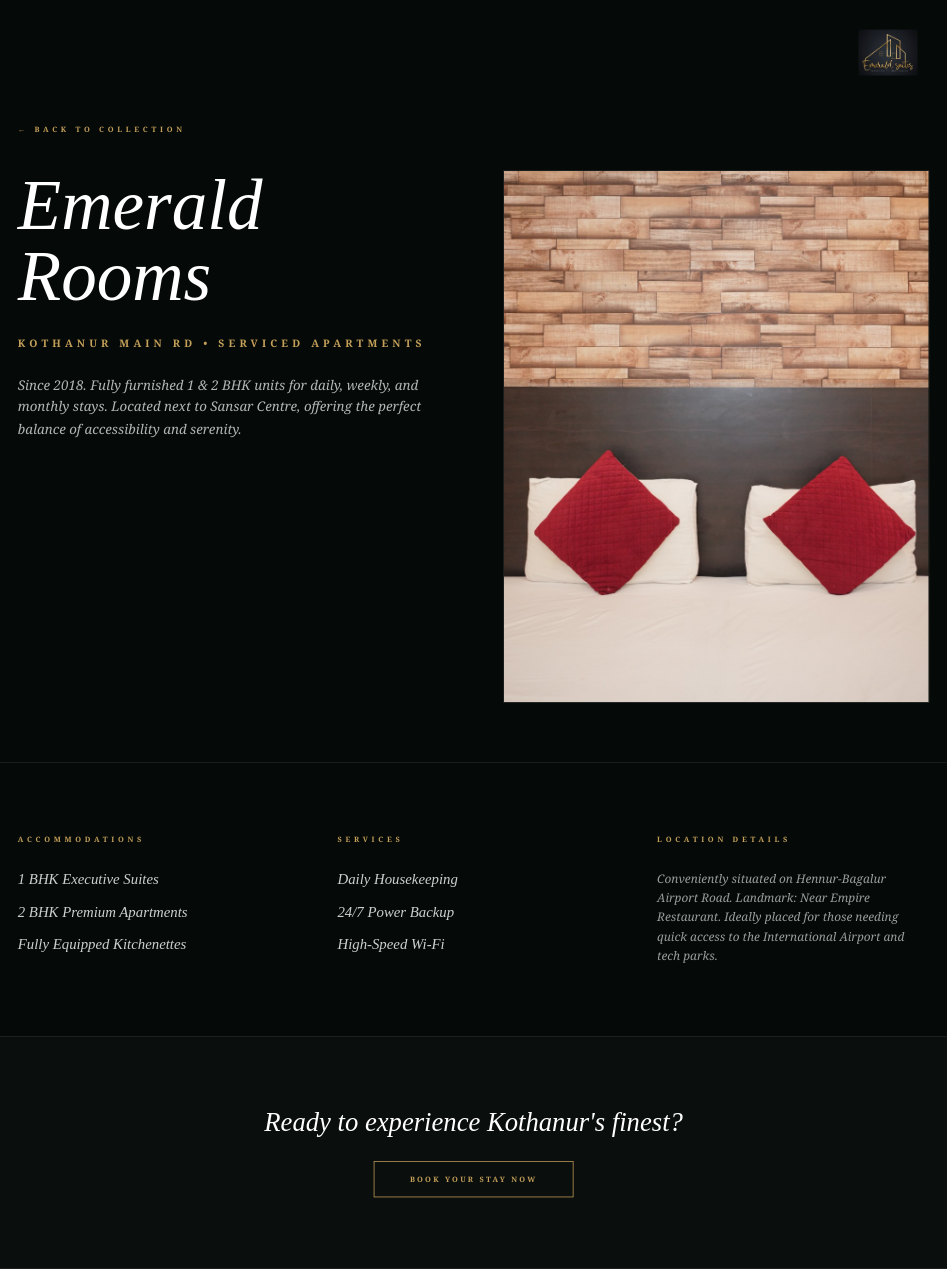
Repository: Jaden2909/emerald
Page: /rooms
An editor plug-in stored every save of this project. The page is shown before and after the next save, followed by the edit.
The browser window is 1280 px wide. The pictures show the whole page, at 74% of full size.
The project was rebuilt for these pictures with package versions that can differ from the ones it lists, and the page was loaded fresh each time. The framework's server and built-in components were replaced by stand-ins that run in the browser. Also part of the build but not shown: next.config.ts.

Above is the page before, as saved 2026-02-19 23:20:58.

### app/rooms/page.tsx
"use client";
import { motion } from "framer-motion";
import Link from "next/link";

export default function RoomsPage() {
  return (
    <main className="bg-[#050a08] min-h-screen text-white relative">
      <div className="absolute top-10 right-10 z-50">
        <Link href="/">
          <img src="/logo.png" alt="Emerald Logo" className="w-20 h-auto hover:opacity-80 transition-opacity" />
        </Link>
      </div>

      <section className="pt-40 pb-20 px-6">
        <div className="max-w-7xl mx-auto">
          <Link href="/#properties" className="text-[#c5a059] text-[10px] tracking-[0.5em] uppercase mb-12 inline-block hover:opacity-50 transition-all font-bold">
            ← Back to Collection
          </Link>
          <div className="grid md:grid-cols-2 gap-20 items-start">
            <motion.div initial={{ opacity: 0, x: -30 }} animate={{ opacity: 1, x: 0 }} transition={{ duration: 0.8 }}>
              <h1 className="text-6xl md:text-8xl font-serif italic mb-8">Emerald Rooms</h1>
              <p className="text-[#c5a059] text-sm tracking-[0.4em] uppercase mb-8 font-bold">Kothanur Main Rd • Serviced Apartments</p>
              <p className="text-white/70 text-lg leading-relaxed font-light italic mb-8">
                Since 2018. Fully furnished 1 & 2 BHK units for daily, weekly, and monthly stays. Located next to Sansar Centre, offering the perfect balance of accessibility and serenity.
              </p>
            </motion.div>
            <motion.div initial={{ opacity: 0, scale: 0.95 }} animate={{ opacity: 1, scale: 1 }} transition={{ duration: 0.8 }} className="aspect-[4/5] border border-white/10 overflow-hidden">
              <img src="/prop-suites.jpg" className="w-full h-full object-cover" alt="Emerald Rooms" />
            </motion.div>
          </div>
        </div>
      </section>

      <section className="py-24 border-t border-white/10 px-6">
        <div className="max-w-7xl mx-auto grid md:grid-cols-3 gap-16">
          <div>
            <h3 className="text-[#c5a059] text-[10px] tracking-[0.5em] uppercase mb-8 font-bold">Accommodations</h3>
            <ul className="space-y-4 text-white/80 font-serif italic text-xl">
              <li>1 BHK Executive Suites</li>
              <li>2 BHK Premium Apartments</li>
              <li>Fully Equipped Kitchenettes</li>
            </ul>
          </div>
          <div>
            <h3 className="text-[#c5a059] text-[10px] tracking-[0.5em] uppercase mb-8 font-bold">Services</h3>
            <ul className="space-y-4 text-white/80 font-serif italic text-xl">
              <li>Daily Housekeeping</li>
              <li>24/7 Power Backup</li>
              <li>High-Speed Wi-Fi</li>
            </ul>
          </div>
          <div>
            <h3 className="text-[#c5a059] text-[10px] tracking-[0.5em] uppercase mb-8 font-bold">Location Details</h3>
            <p className="text-white/60 leading-relaxed font-light italic">
              Conveniently situated on Hennur-Bagalur Airport Road. Landmark: Near Empire Restaurant. Ideally placed for those needing quick access to the International Airport and tech parks.
            </p>
          </div>
        </div>
      </section>

      <section className="py-24 bg-white/[0.02] border-y border-white/10 px-6 text-center">
        <h2 className="text-4xl font-serif italic mb-8 text-white">Ready to experience Kothanur's finest?</h2>
        <a href="tel:+917829591338" className="inline-block border border-[#c5a059] text-[#c5a059] px-12 py-4 uppercase tracking-[0.3em] text-[10px] font-bold hover:bg-[#c5a059] hover:text-black transition-all">
          Book Your Stay Now
        </a>
      </section>
    </main>
  );
}

### app/globals.css
@import "tailwindcss";

@theme {
  --font-serif: "Playfair Display", serif;
  --color-gold: #c5a059;
  --color-emerald: #050a08;
}

:root {
  --background: #050a08;
  --foreground: #ffffff;
}

body {
  background: var(--background);
  color: var(--foreground);
  margin: 0;
  font-family: ui-serif, Georgia, serif;
}

Loaded but not shown: app/layout.tsx (common file)

After the next save:
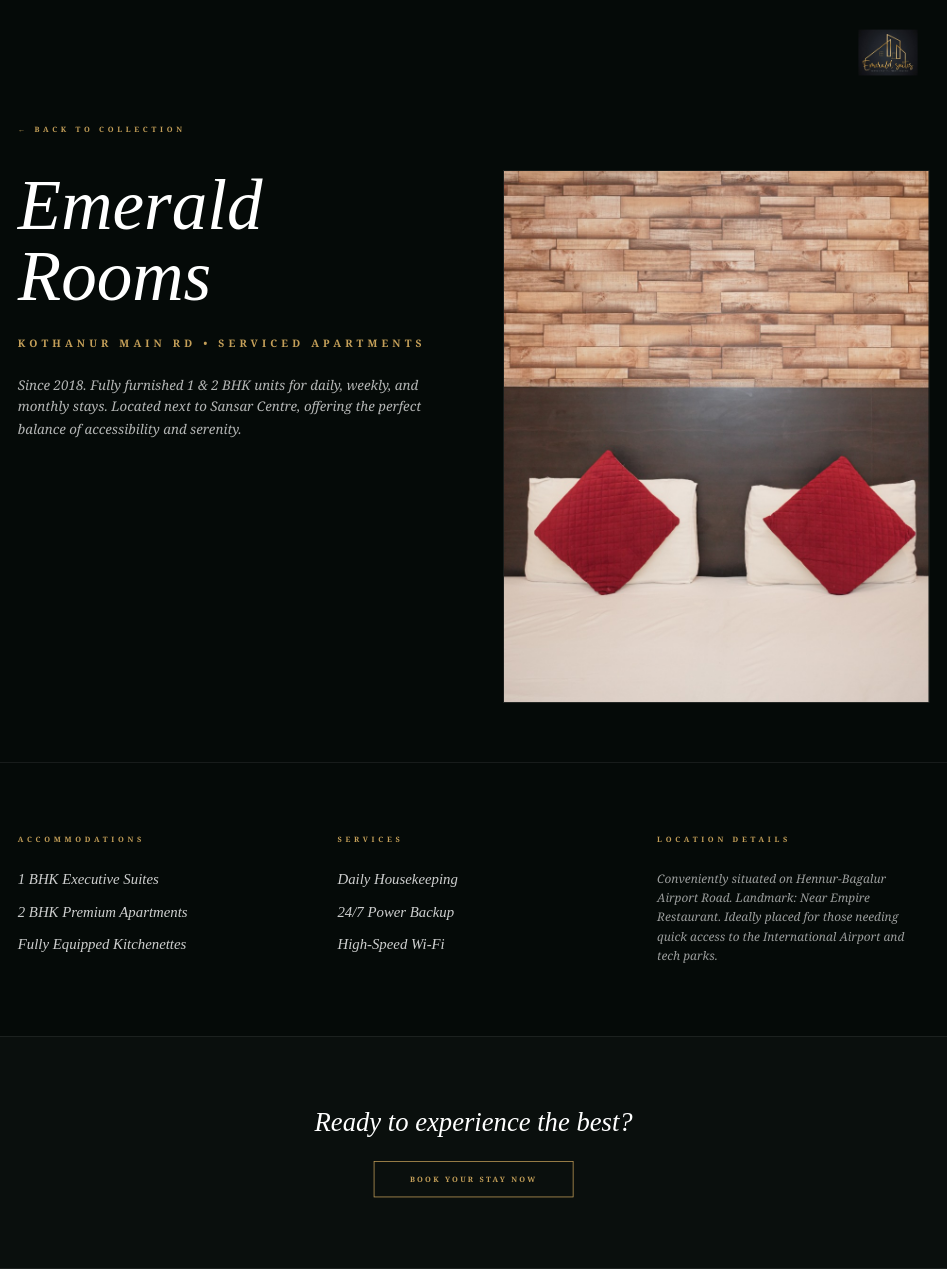
Saved 9 s later.
--- a/app/rooms/page.tsx
+++ b/app/rooms/page.tsx
@@ -59,11 +59,14 @@
       </section>
 
       <section className="py-24 bg-white/[0.02] border-y border-white/10 px-6 text-center">
-        <h2 className="text-4xl font-serif italic mb-8 text-white">Ready to experience Kothanur's finest?</h2>
-        <a href="tel:+917829591338" className="inline-block border border-[#c5a059] text-[#c5a059] px-12 py-4 uppercase tracking-[0.3em] text-[10px] font-bold hover:bg-[#c5a059] hover:text-black transition-all">
-          Book Your Stay Now
-        </a>
-      </section>
+  <h2 className="text-4xl font-serif italic mb-8 text-white">Ready to experience the best?</h2>
+  <Link
+    href="/#contact"
+    className="inline-block border border-[#c5a059] text-[#c5a059] px-12 py-4 uppercase tracking-[0.3em] text-[10px] font-bold hover:bg-[#c5a059] hover:text-black transition-all"
+  >
+    Book Your Stay Now
+  </Link>
+</section>
     </main>
   );
 }
